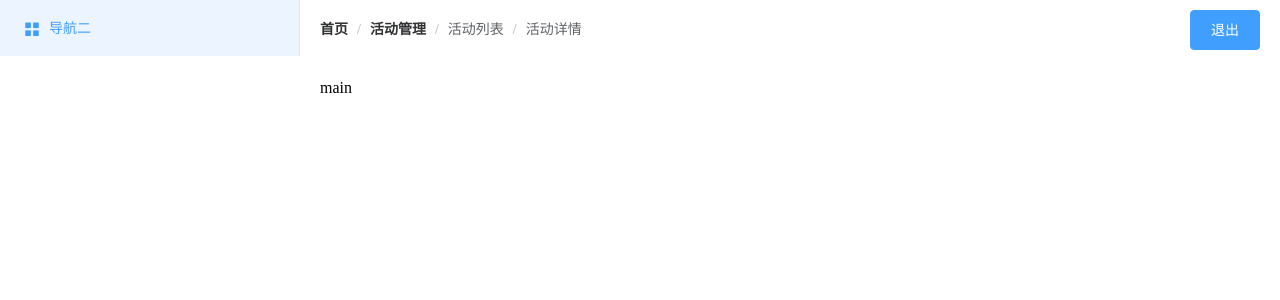
Repository: code1379/vue2-element
Page: / (app in element-admin/)
An editor plug-in stored every save of this project. The page is shown before and after the next save, followed by the edit.
The browser window is 1280 px wide. The pictures show the whole page.
The project was rebuilt for these pictures with package versions that can differ from the ones it lists, and the page was loaded fresh each time. Also part of the build but not shown: element-admin/vue.config.js.

Above is the page before, as saved 2021-06-14 22:17:03.

After the next save:
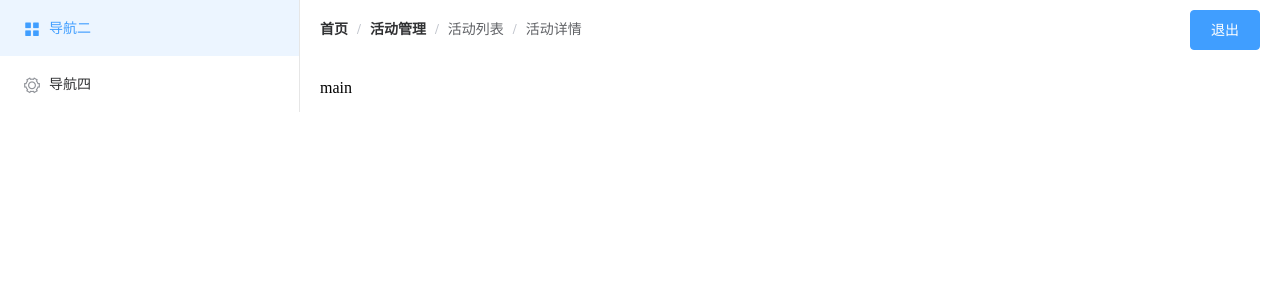
Saved 7 s later.
--- a/element-admin/src/views/home/Home.vue
+++ b/element-admin/src/views/home/Home.vue
@@ -3,14 +3,19 @@
     <el-aside class="sidebar" style="width: 300px">
       <!-- 导航 -->
       <el-menu
-      default-active="2"
-      class="el-menu-vertical-demo"
-      @open="handleOpen"
-      @close="handleClose">
-       <el-menu-item index="2">
-        <i class="el-icon-menu"></i>
-        <span slot="title">导航二</span>
-      </el-menu-item>
+        default-active="2"
+        class="el-menu-vertical-demo"
+        @open="handleOpen"
+        @close="handleClose"
+      >
+        <el-menu-item index="2">
+          <i class="el-icon-menu"></i>
+          <span slot="title">导航二</span>
+        </el-menu-item>
+        <el-menu-item index="4">
+          <i class="el-icon-setting"></i>
+          <span slot="title">导航四</span>
+        </el-menu-item>
       </el-menu>
     </el-aside>
     <el-container>
